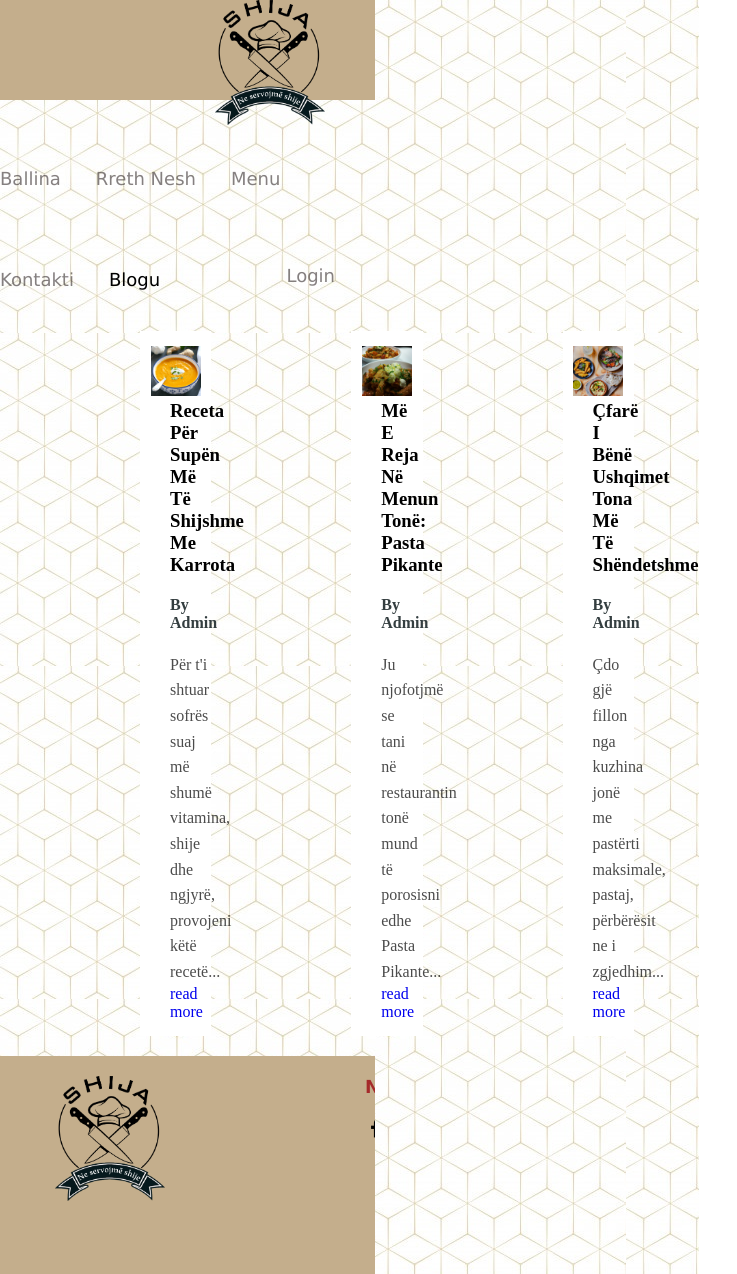
Repository: bs47892/ProjektiWeb-Shija2020
Page: http://localhost/blog.html
An editor plug-in stored every save of this project. The page is shown before and after the next save, followed by the edit.
The browser window is 375 px wide. The page is 737 px wide, so the pictures cover 737 px, including what lies to the right of the window. The pictures show the whole page.
Some web fonts or font styles are not loaded; a fallback is used. The page is run by PHP 8.4 with error messages shown; the project is at /var/www/html/.

Above is the page before, as saved 2021-03-10 23:39:57.

After the next save:
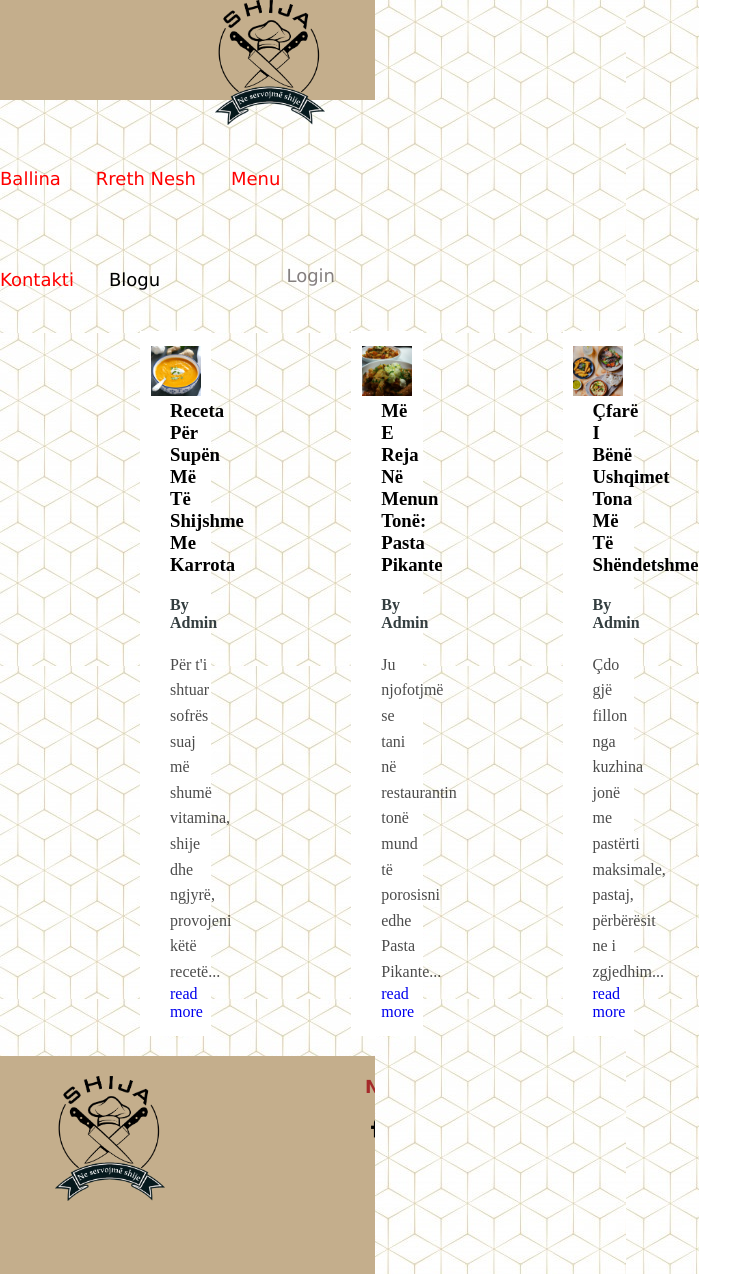
Saved 22 h 39 min later.
--- a/style.css
+++ b/style.css
@@ -65,6 +65,9 @@
 
 .active {
     color: black;
+}
+@media only screen and (max-width:480px){
+    nav ul li a{color:red;}
 }
 footer{
     position: relative;;    /*rreshti 47 dhe 48 e definojne poziten e footerit*/

After the save that followed:
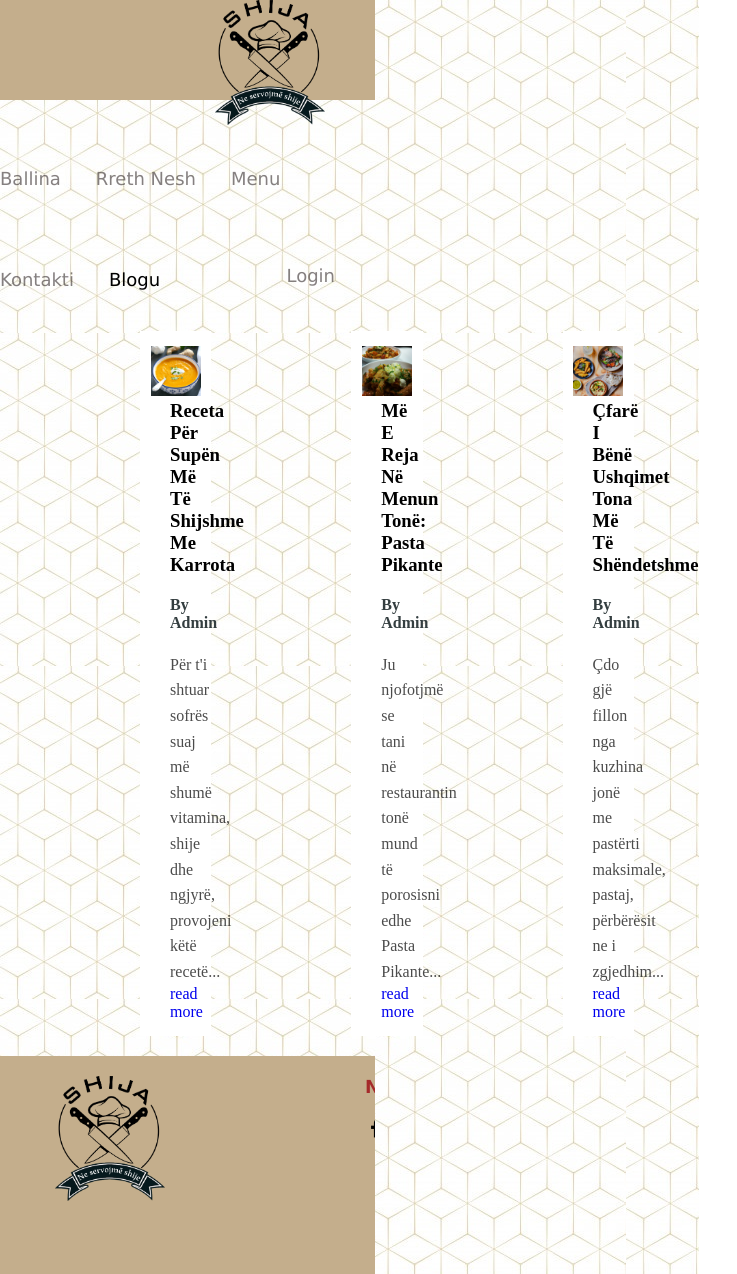
Saved 3 min 34 s later.
--- a/style.css
+++ b/style.css
@@ -65,9 +65,6 @@
 
 .active {
     color: black;
-}
-@media only screen and (max-width:480px){
-    nav ul li a{color:red;}
 }
 footer{
     position: relative;;    /*rreshti 47 dhe 48 e definojne poziten e footerit*/
